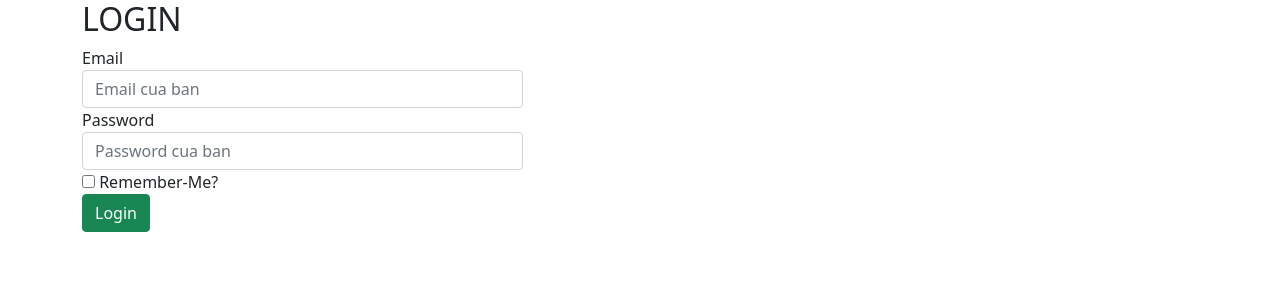
Repository: kiennd3921/AssJava4
Page: http://localhost/Assignment/view/auth/Login.jsp
An editor plug-in stored every save of this project. The page is shown before and after the next save, followed by the edit.
The browser window is 1280 px wide. The pictures show the whole page.
The page is served by Tomcat 9. Other server files are loaded and not shown.

Above is the page before, as saved 2021-04-17 17:14:49.

### PT15307-UD/Assignment/WebContent/view/auth/Login.jsp
<%@ page language="java" contentType="text/html; charset=ISO-8859-1"
	pageEncoding="UTF-8"%>
<!DOCTYPE html>
<html>
<head>
<meta charset="UTF-8">
<meta name="viewport" content="width = device-width, initial-scale=1.0">
<title>Insert title here</title>
<%@ taglib uri="http://java.sun.com/jstl/core_rt" prefix="c"%>
<link rel="stylesheet" type="text/css">
<link
	href="https://cdn.jsdelivr.net/npm/bootstrap@5.0.0-beta2/dist/css/bootstrap.min.css"
	rel="stylesheet"
	integrity="sha384-BmbxuPwQa2lc/FVzBcNJ7UAyJxM6wuqIj61tLrc4wSX0szH/Ev+nYRRuWlolflfl"
	crossorigin="anonymous">

</head>
<body>
	<div class="container">

			<div class="row col-md-5">
				<form action="${ pageContext.request.contextPath }/login" method="POST">
					<h2>LOGIN</h2>
					<div class="form-group">
						<label>Email</label> <input type="email" class="form-control"
							placeholder="Email cua ban" required name="">
					</div>
					<div class="form-group">
						<label>Password</label> <input type="password"
							class="form-control" placeholder="Password cua ban" required
							name="">
					</div>
					<div class="form-group">
						<input type="checkbox" required name=""> <label>Remember-Me?</label>
					</div>
					<div class="form-group">
						<button class="btn btn-success" type="submit">Login</button>
					</div>
				</form>
			</div>
		</div>

</body>
</html>

After the next save:
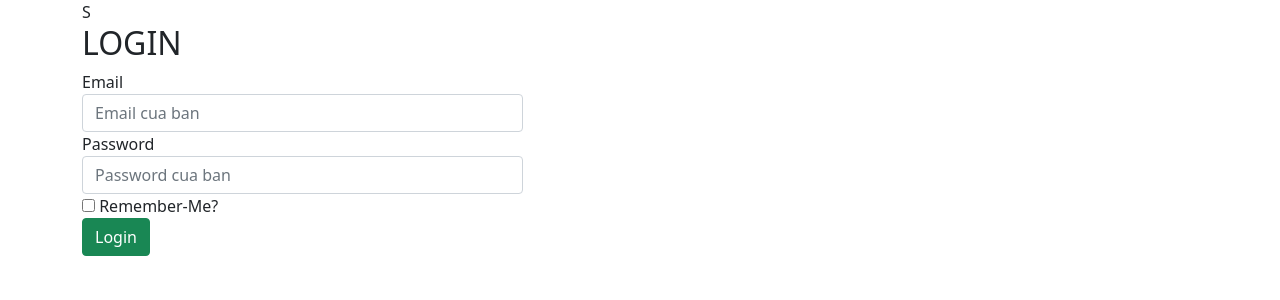
Saved 17 s later.
--- a/PT15307-UD/Assignment/WebContent/view/auth/Login.jsp
+++ b/PT15307-UD/Assignment/WebContent/view/auth/Login.jsp
@@ -16,29 +16,27 @@
 
 </head>
 <body>
-	<div class="container">
-
-			<div class="row col-md-5">
-				<form action="${ pageContext.request.contextPath }/login" method="POST">
-					<h2>LOGIN</h2>
-					<div class="form-group">
-						<label>Email</label> <input type="email" class="form-control"
-							placeholder="Email cua ban" required name="">
-					</div>
-					<div class="form-group">
-						<label>Password</label> <input type="password"
-							class="form-control" placeholder="Password cua ban" required
-							name="">
-					</div>
-					<div class="form-group">
-						<input type="checkbox" required name=""> <label>Remember-Me?</label>
-					</div>
-					<div class="form-group">
-						<button class="btn btn-success" type="submit">Login</button>
-					</div>
-				</form>
-			</div>
+	<div class="container">S
+		<div class="row col-md-5">
+			<form action="${ pageContext.request.contextPath }/login"
+				method="POST">
+				<h2>LOGIN</h2>
+				<div class="form-group">
+					<label>Email</label> <input type="email" class="form-control"
+						placeholder="Email cua ban" required name="">
+				</div>
+				<div class="form-group">
+					<label>Password</label> <input type="password" class="form-control"
+						placeholder="Password cua ban" required name="">
+				</div>
+				<div class="form-group">
+					<input type="checkbox" required name=""> <label>Remember-Me?</label>
+				</div>
+				<div class="form-group">
+					<button class="btn btn-success" type="submit">Login</button>
+				</div>
+			</form>
 		</div>
-
+	</div>
 </body>
 </html>

After the save that followed:
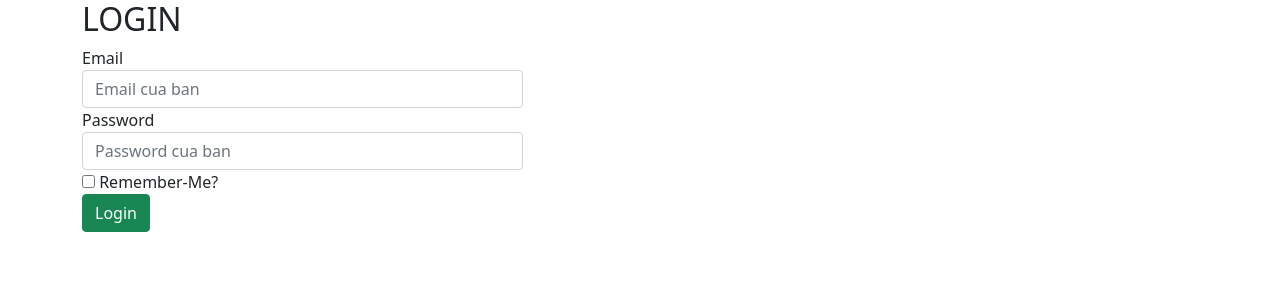
Saved 53 s later.
--- a/PT15307-UD/Assignment/WebContent/view/auth/Login.jsp
+++ b/PT15307-UD/Assignment/WebContent/view/auth/Login.jsp
@@ -16,7 +16,7 @@
 
 </head>
 <body>
-	<div class="container">S
+	<div class="container">
 		<div class="row col-md-5">
 			<form action="${ pageContext.request.contextPath }/login"
 				method="POST">
